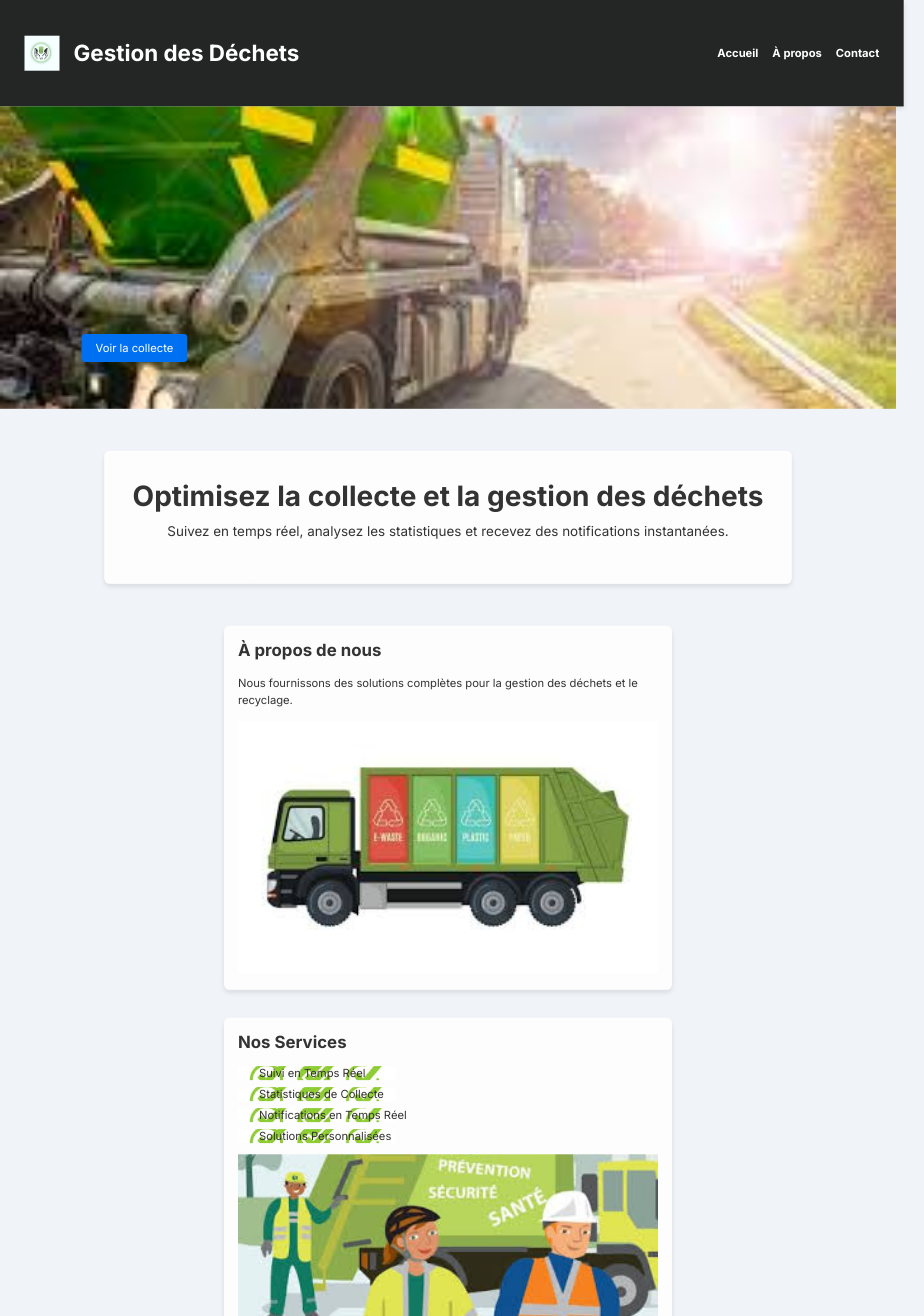
Repository: SystemInfoGeo/QGISproject
Page: / (app in NEXT/)
An editor plug-in stored every save of this project. The page is shown before and after the next save, followed by the edit.
The browser window is 1280 px wide. The page is 1320 px wide, so the pictures cover 1320 px, including what lies to the right of the window. The pictures show the part of the page from y = 0 to 1880 px (the page is 2753 px tall before and 2831 px after), at 70% of full size.
The project was rebuilt for these pictures with package versions that can differ from the ones it lists, and the page was loaded fresh each time. The framework's server and built-in components were replaced by stand-ins that run in the browser. Also part of the build but not shown: NEXT/next.config.mjs.

Above is the page before, as saved 2024-06-21 18:46:30.

After the next save:
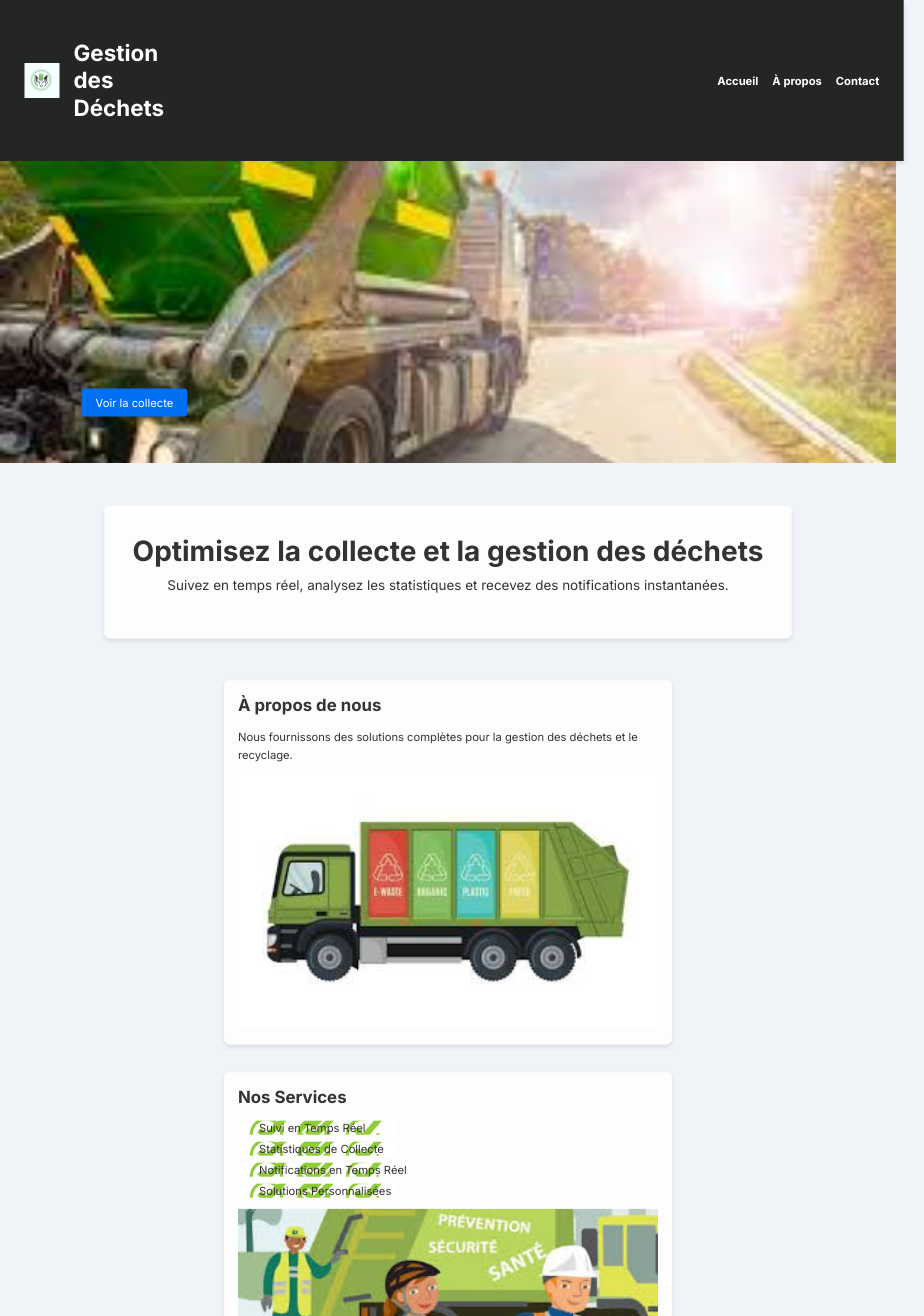
Saved 7 s later.
--- a/NEXT/app/page.module.css
+++ b/NEXT/app/page.module.css
@@ -24,7 +24,7 @@
 .logoContainer {
   display: flex;
   align-items: center;
-  width: 20
+  width: 20%
 }
 
 .logoContainer h1 {

After the save that followed:
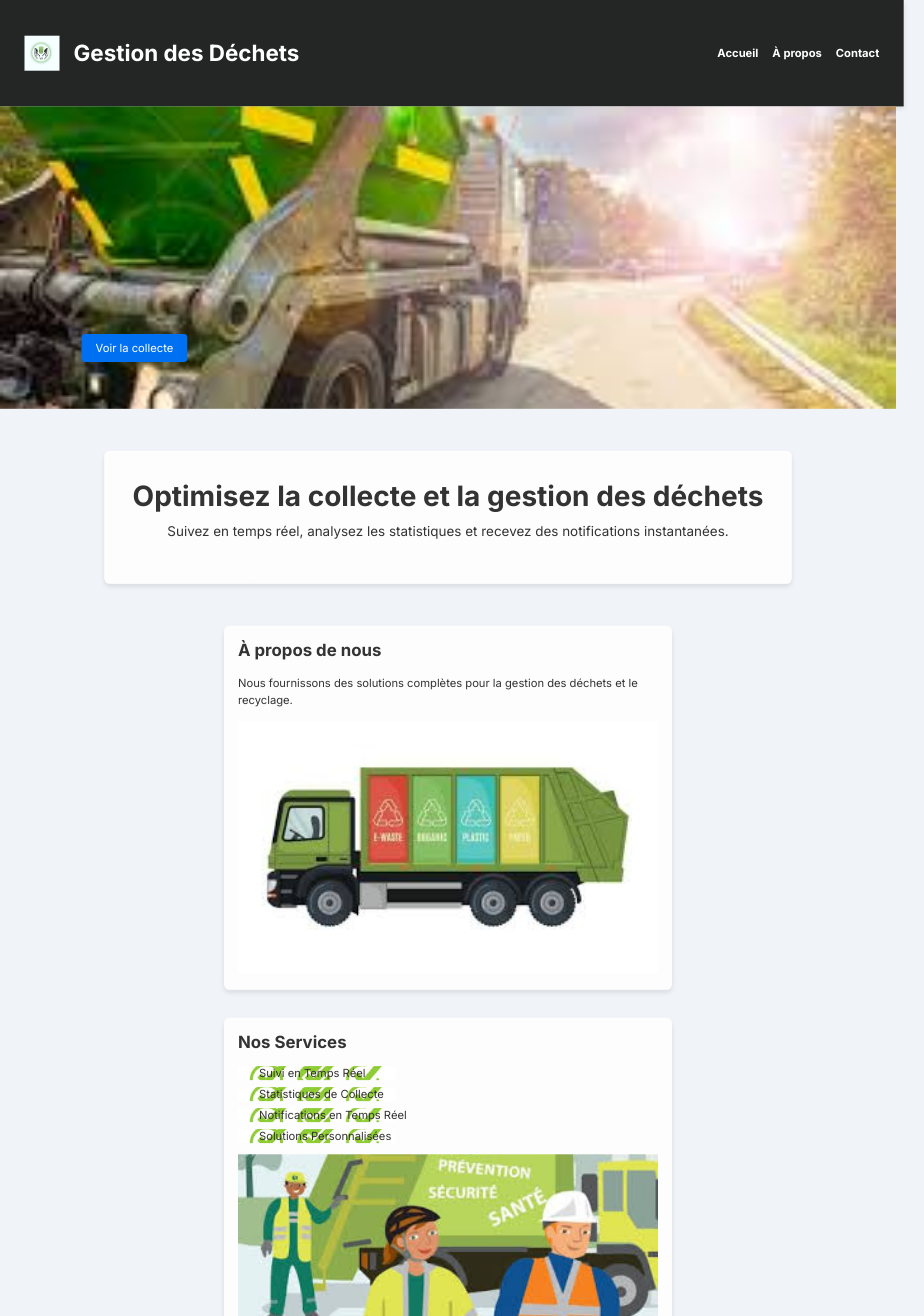
Saved 7 s later.
--- a/NEXT/app/page.module.css
+++ b/NEXT/app/page.module.css
@@ -24,7 +24,7 @@
 .logoContainer {
   display: flex;
   align-items: center;
-  width: 20%
+  width: 50%
 }
 
 .logoContainer h1 {
